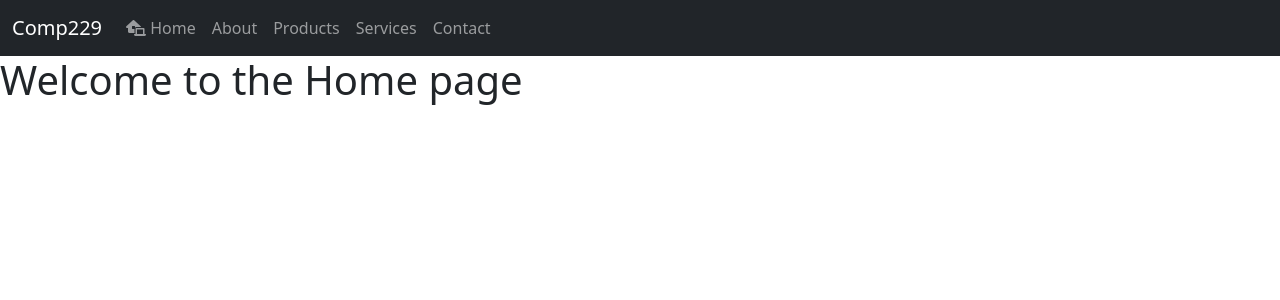
Repository: nhoque7/week3t.2
Page: http://localhost/
These files come from the project's save history. The page is drawn as it stood at one moment and after the next save; the edit follows.
The browser window is 1280 px wide. The pictures show the whole page.
The page is served by the project's Node server (server.js).

Above is the page before, as saved 2022-10-13 14:58:25.

After the next save:
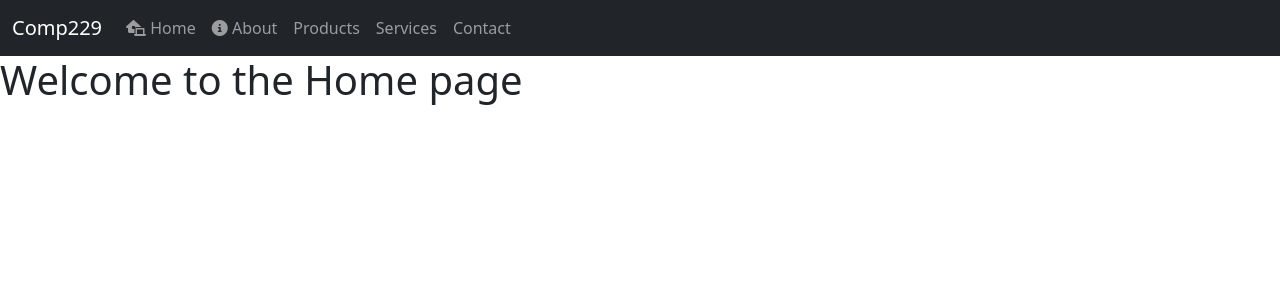
Saved 78 s later.
--- a/views/index.ejs
+++ b/views/index.ejs
@@ -28,7 +28,7 @@
           </li>
 
           <li class="nav-item">
-            <a class="nav-link" aria-current="page" href="/about">About</a>
+            <a class="nav-link" aria-current="page" href="/about"><i class="fa-sharp fa-solid fa-circle-info"></i> About</a>
           </li>
 
           <li class="nav-item">
